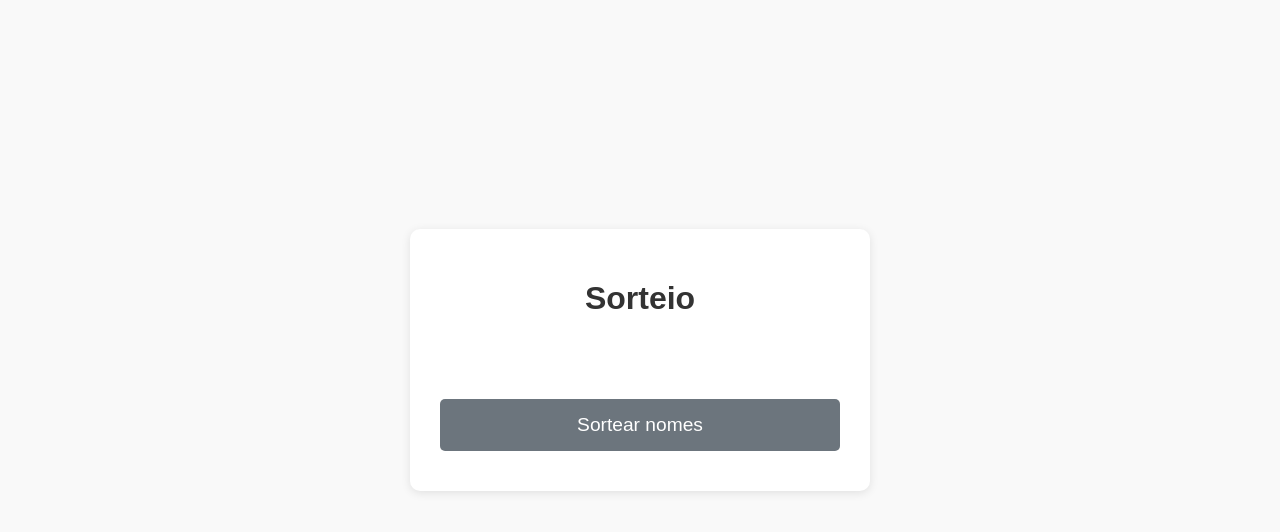
Repository: Matheus904-12/sorte
Page: index.html
The author's editor kept a copy of each file at every save. The page is drawn from the files as they stood at one save, then again after the next save.
The browser window is 1280 px wide. The pictures show the whole page.

Above is the page before, as saved 2023-09-10 19:22:18.

### index.html
<!DOCTYPE html>
<html lang="pt-br">
<head>
  <meta charset="UTF-8">
  <title>Sorteio</title>
  <link rel="stylesheet" href="style.css">
<script> src="main.js" </script>
</head>
<body>
  <div class="container">
    <h1>Sorteio</h1>
    <div class="options">
      <a href="sorteio-numeros.html" class="option">Sortear números</a>
      <a href="sorteio-nomes.html" class="option">Sortear nomes</a>
    </div>
  </div>
</body>
</html>

### style.css
body {
  font-family: 'Arial', sans-serif;
  background-color: #f9f9f9;
  margin: 0;
  display: flex;
  justify-content: center;
  align-items: center;
  height: 100vh;
}

.container {
  background-color: #fff;
  border-radius: 10px;
  box-shadow: 0 2px 10px rgba(0, 0, 0, 0.1);
  padding: 30px;
  max-width: 400px;
  width: 100%;
  text-align: center;
}

h1 {
  font-size: 2em;
  margin-bottom: 20px;
  color: #333;
}

.options a {
  display: block;
  text-decoration: none;
  margin: 10px 0;
  padding: 15px 0;
  border-radius: 5px;
  background-color: #ff;
  color: #fff;
  font-size: 1.2em;
  transition: background-color 0.3s;
}

.options a:hover {
  background-color: #ffd700;
}

.options a:last-child {
  background-color: #6c757d;
}

.options a:last-child:hover {
  background-color: #545b62;
}

a.btn-secondary {
  color: #fff;
  border: none;
  background-color: #6c757d;
  border-radius: 5px;
  text-decoration: none;
  font-size: 1.2em;
  padding: 10px 20px;
  transition: background-color 0.3s;
}

a.btn-secondary:hover {
  background-color: #545b62;
}

After the next save:
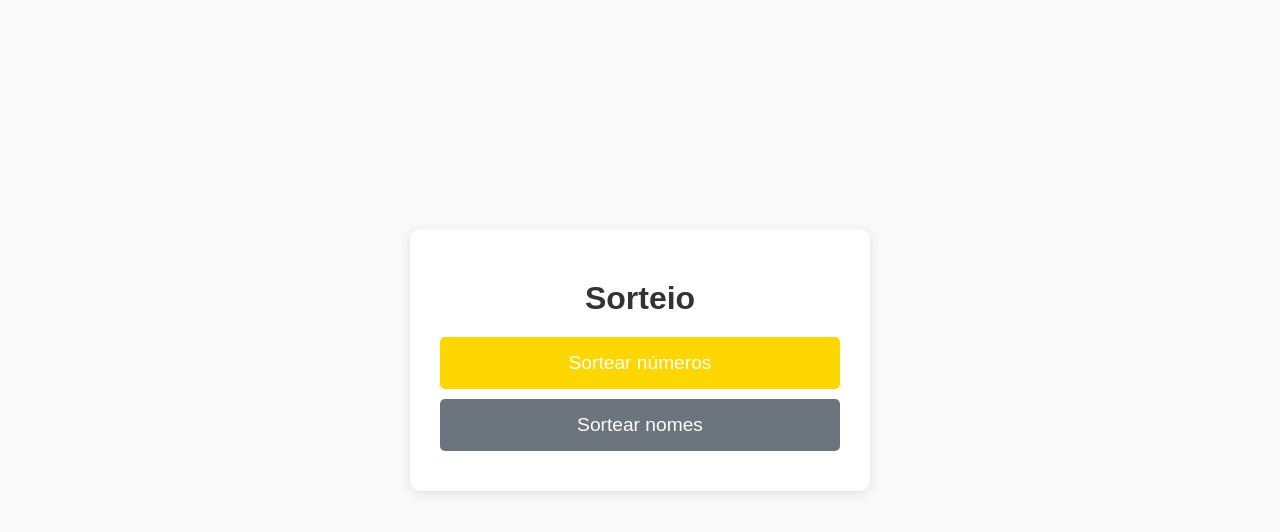
Saved 4 s later.
--- a/style.css
+++ b/style.css
@@ -30,7 +30,7 @@ h1 {
   margin: 10px 0;
   padding: 15px 0;
   border-radius: 5px;
-  background-color: #ff;
+  background-color: #ffd700;
   color: #fff;
   font-size: 1.2em;
   transition: background-color 0.3s;
